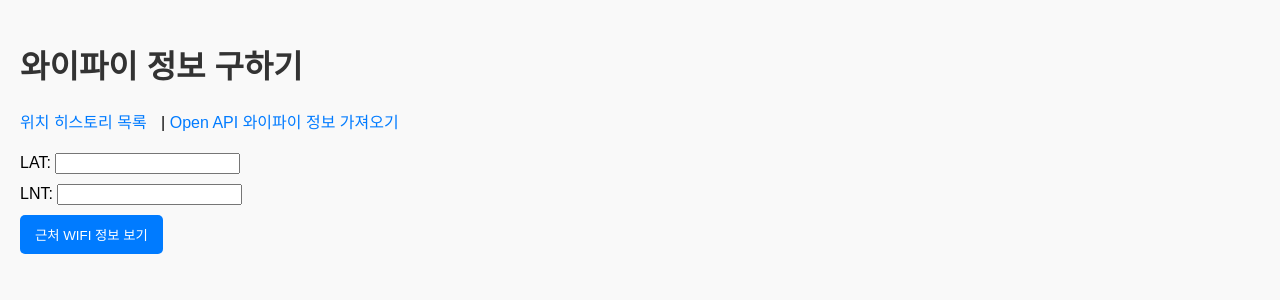
Repository: sangpyolee0/zerobase_task
Page: http://localhost/WifiProject/
The author's editor kept a copy of each file at every save. The page is drawn from the files as they stood at one save, then again after the next save.
The browser window is 1280 px wide. The pictures show the whole page.
The page is served by Tomcat 9.

Above is the page before, as saved 2024-12-08 15:37:44.

After the next save:
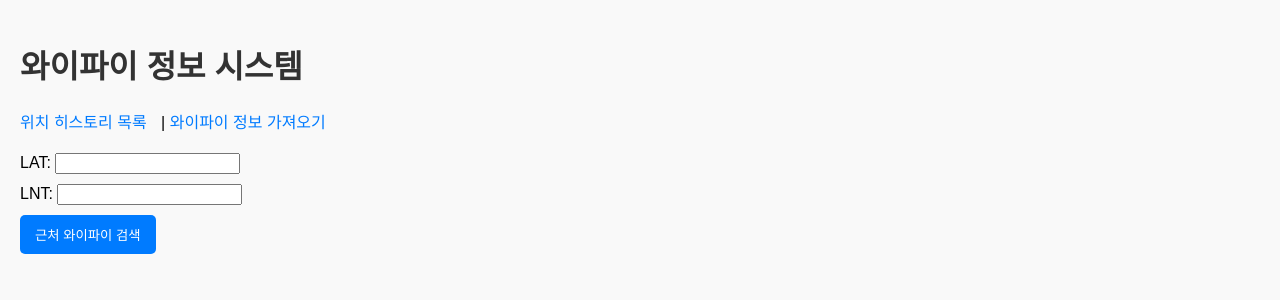
Saved 15 s later.
--- a/WifiProject/src/main/webapp/index.jsp
+++ b/WifiProject/src/main/webapp/index.jsp
@@ -2,20 +2,19 @@
 <!DOCTYPE html>
 <html>
 <head>
+    <title>와이파이 정보 시스템</title>
     <link rel="stylesheet" type="text/css" href="css/style.css">
-
-    <title>와이파이 정보 구하기</title>
 </head>
 <body>
-    <h1>와이파이 정보 구하기</h1>
+    <h1>와이파이 정보 시스템</h1>
     <nav>
         <a href="history.jsp">위치 히스토리 목록</a> |
-        <a href="add-wifi.jsp">Open API 와이파이 정보 가져오기</a>
+        <a href="add-wifi.jsp">와이파이 정보 가져오기</a>
     </nav>
     <form action="nearby-wifi.jsp" method="get">
         <label>LAT: <input type="text" name="lat"></label>
         <label>LNT: <input type="text" name="lnt"></label>
-        <button type="submit">근처 WIFI 정보 보기</button>
+        <button type="submit">근처 와이파이 검색</button>
     </form>
 </body>
 </html>
